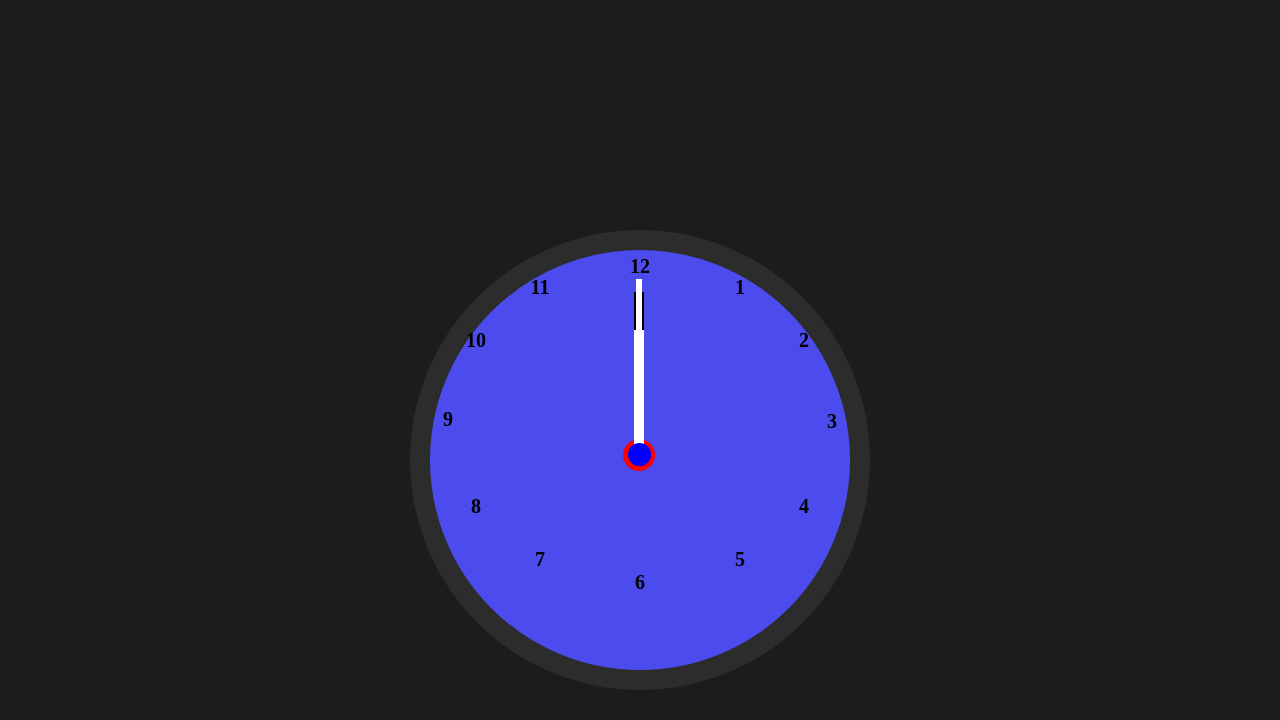
Repository: Eugene44-hub/Analog-clock
Page: index.html
An editor plug-in stored every save of this project. The page is shown before and after the next save, followed by the edit.
The browser window is 1280 px wide. The pictures show the whole page.

Above is the page before, as saved 2021-09-04 23:13:39.

After the next save:
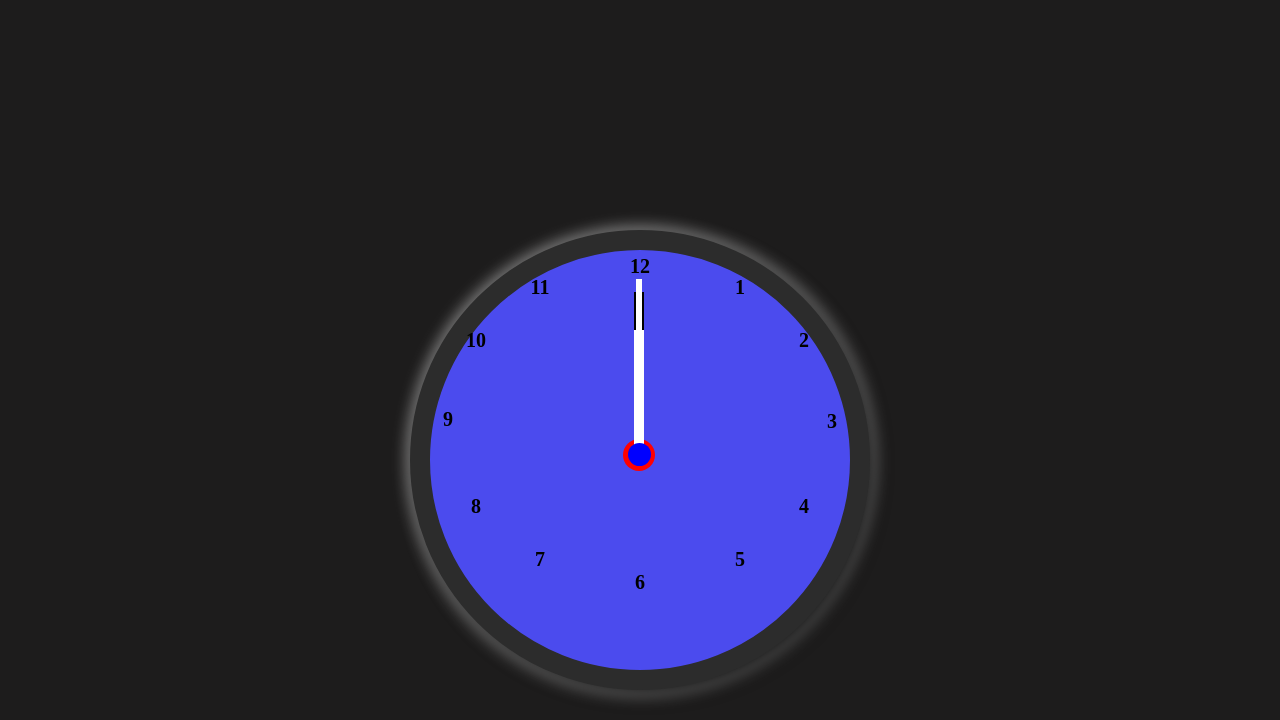
Saved 15 s later.
--- a/style.css
+++ b/style.css
@@ -21,7 +21,7 @@
     border-radius: 50%;
     margin: auto;
     padding: 10px;
-    box-shadow: 4px 4px 18px black, 4px;
+    box-shadow: 4px 4px 18px black, 1px 1px 18px white;
 }
 
 .circle {

After the save that followed:
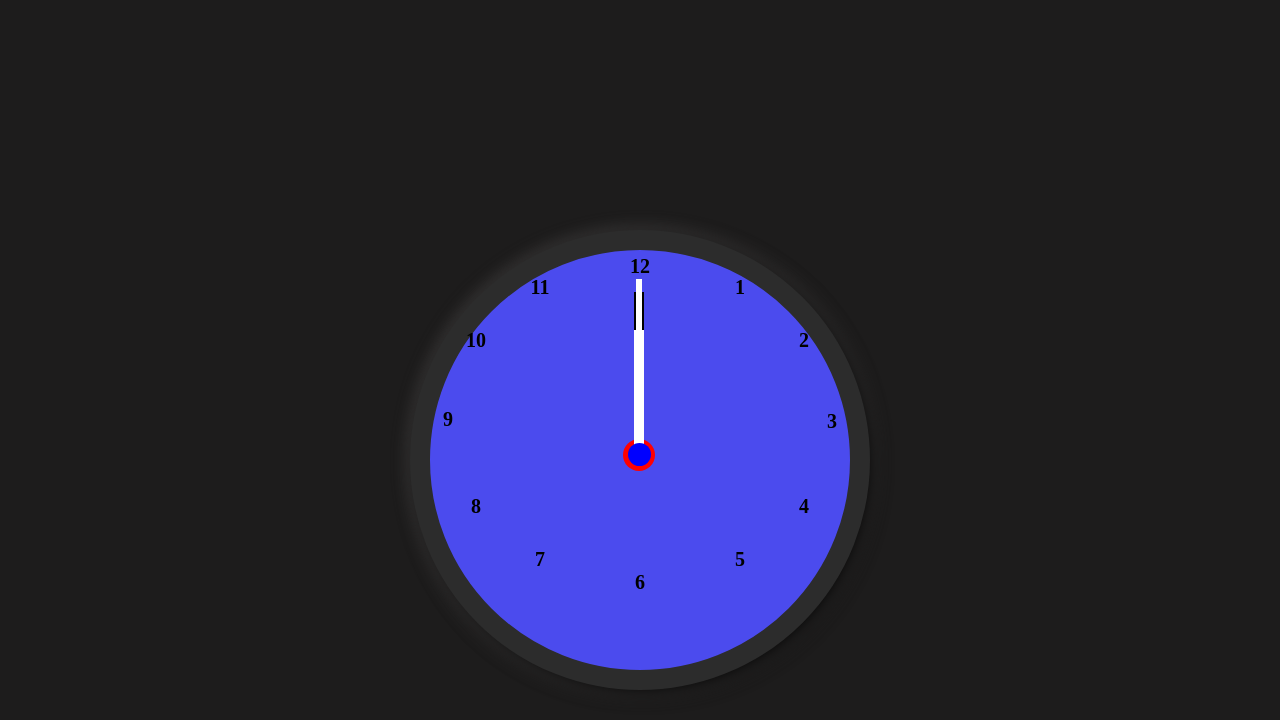
Saved 9 s later.
--- a/style.css
+++ b/style.css
@@ -21,7 +21,7 @@
     border-radius: 50%;
     margin: auto;
     padding: 10px;
-    box-shadow: 4px 4px 18px black, 1px 1px 18px white;
+    box-shadow: 4px 4px 18px black, 1px 1px 18px rgb(97, 94, 94);
 }
 
 .circle {
